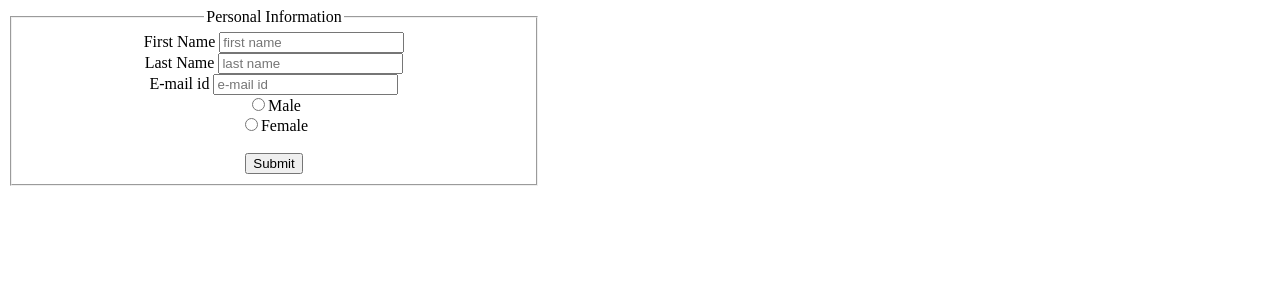
Repository: sauran/SapientTraining
Page: DemoProject/WebContent/Signup.html
The author's editor kept a copy of each file at every save. The page is drawn from the files as they stood at one save, then again after the next save.
The browser window is 1280 px wide. The pictures show the whole page.

Above is the page before, as saved 2015-09-16 11:02:11.

After the next save:
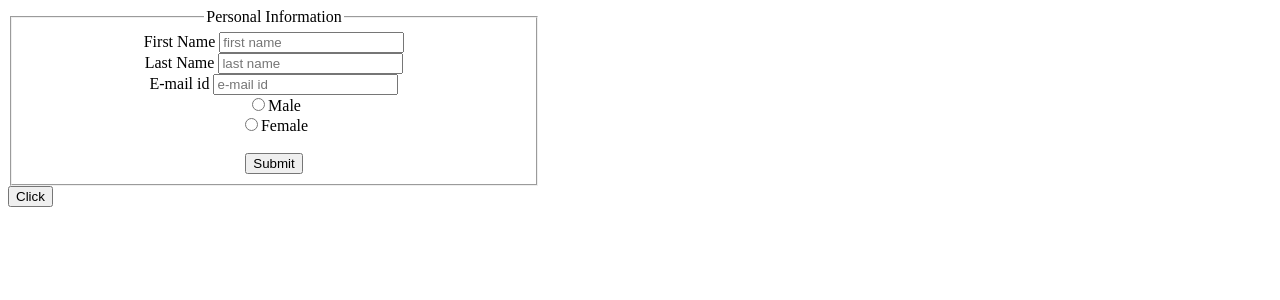
Saved 70 s later.
--- a/DemoProject/WebContent/Signup.html
+++ b/DemoProject/WebContent/Signup.html
@@ -66,7 +66,8 @@
 
 </div>
 
-
+<input type ="button" value ="Click" onclick="checkCookie()">
+<script type="text/javascript" src = Cookie.js></script>
 
 </body>
 </html>
